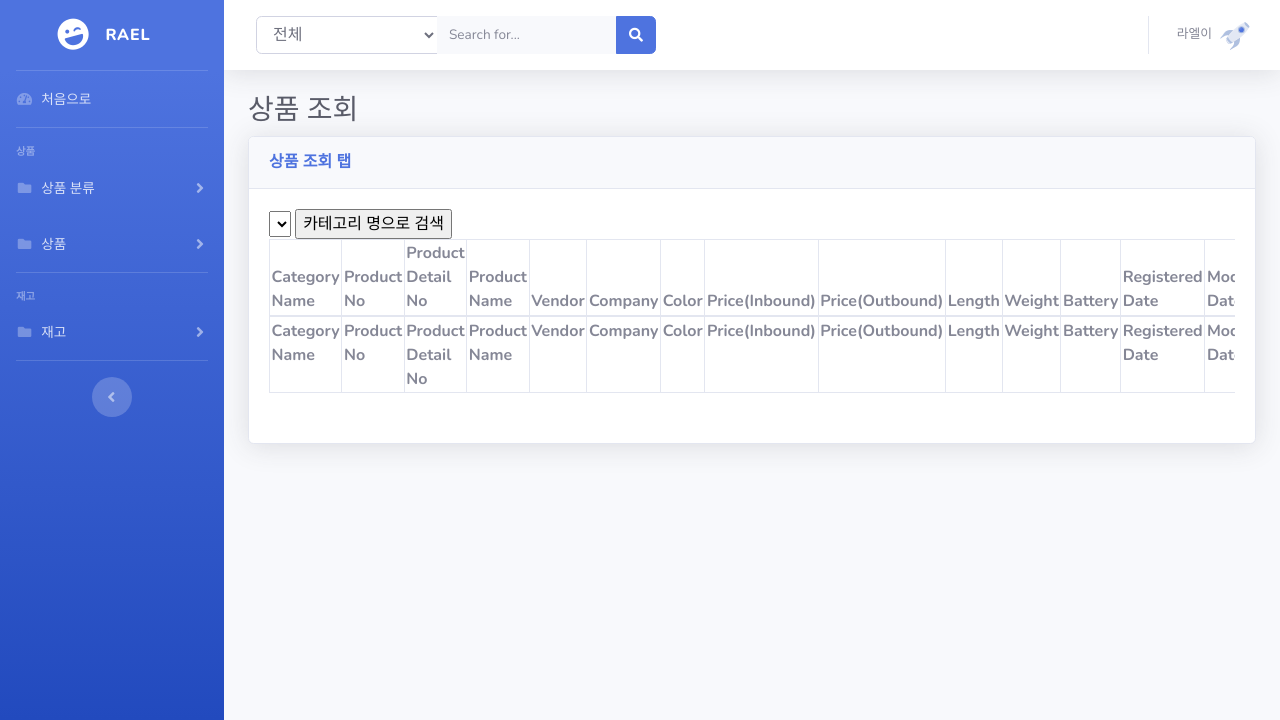
Repository: sww232/springRaelProject
Page: http://localhost/rael/WEB-INF/views/product/all_select.jsp
The author's editor kept a copy of each file at every save. The page is drawn from the files as they stood at one save, then again after the next save.
The browser window is 1280 px wide. The pictures show the whole page.
The page is served by Tomcat 9. Nobody is signed in. Other server files are loaded and not shown. The template is opened directly, without the code that normally fills it, so the values that code supplies are empty.

Above is the page before, as saved 2022-10-13 03:06:13.
Console error: TypeError: Cannot read properties of undefined (reading 'defaults')

### raelproject3/rael/src/main/webapp/WEB-INF/views/product/all_select.jsp
<%@ page language="java" contentType="text/html; charset=UTF-8" pageEncoding="UTF-8"%>
<%@ taglib uri="http://java.sun.com/jsp/jstl/core" prefix="c"%>
<%@ taglib prefix="sql" uri="http://java.sun.com/jsp/jstl/sql"%>
<%@ taglib prefix="fmt" uri="http://java.sun.com/jsp/jstl/fmt"%>
<!DOCTYPE html>
<html>
<head>
<meta http-equiv="X-UA-Compatible" content="IE=edge">
<meta name="viewport" content="width=device-width, initial-scale=1, shrink-to-fit=no">
<meta name="description" content="">
<meta name="author" content="">
<meta charset="UTF-8">
<title>상품 조회</title>

<link href="/vendor/fontawesome-free/css/all.min.css" rel="stylesheet" type="text/css">
<!--  link href="/css/modal.css" rel="stylesheet" type="text/css" -->
<link href="https://fonts.googleapis.com/css?family=Nunito:200,200i,300,300i,400,400i,600,600i,700,700i,800,800i,900,900i" rel="stylesheet">

<!-- Custom styles for this template -->
<link href="/css/sb-admin-2.min.css" rel="stylesheet">
<!-- Custom styles for this page -->
<link href="/vendor/datatables/dataTables.bootstrap4.min.css" rel="stylesheet">

<script src="/vendor/jquery/jquery.min.js"></script>
<script src="/vendor/bootstrap/js/bootstrap.bundle.min.js"></script>

<!-- Core plugin JavaScript-->
<script src="/vendor/jquery-easing/jquery.easing.min.js"></script>

<!-- Custom scripts for all pages-->
<script src="/js/sb-admin-2.min.js"></script>

<!-- Page level plugins -->
<script src="/vendor/datatables/dataTables.bootstrap4.min.js"></script>

<!-- Page level custom scripts -->
<script src="/js/demo/datatables-demo.js"></script>


</head>


<body id="page-top">
	<form>
		<div class="modal fade" id="moaModal1" tabindex="-1" role="dialog" aria-labelledby="exampleModalLabel" aria-hidden="true">

			<div class="modal-dialog" role="document">
				<div class="modal-content">
					<div class="modal-header">
						<h5 class="modal-title" id="exampleModalLabel">상품 등록을 위한 카테고리 선택</h5>
						<button class="close" type="button" data-dismiss="modal" aria-label="Close">
							<span aria-hidden="true">x</span>
						</button>
					</div>
					<div class="modal-body">
						<select name="categoryBox1" id="categoryBox1">
							<option value="defaultValue" selected></option>
							<c:forEach var="list" items="${categorynums}">
								<option value="${list}">${list}</option>
							</c:forEach>
						</select>
					</div>
					<div class="modal-footer">
						<button class="btn btn-primary" type="button" data-dismiss="modal">Cancel</button>
						<button class="btn btn-primary" type="submit" formaction="/product/product_insert">Choice</button>
					</div>
				</div>
			</div>
		</div>
		<div class="modal fade" id="moaModal2" tabindex="-1" role="dialog" aria-labelledby="exampleModalLabel" aria-hidden="true">

			<div class="modal-dialog" role="document">
				<div class="modal-content">
					<div class="modal-header">
						<h5 class="modal-title" id="exampleModalLabel">상품 추가 등록을 위한 카테고리 선택</h5>
						<button class="close" type="button" data-dismiss="modal" aria-label="Close">
							<span aria-hidden="true">x</span>
						</button>
					</div>
					<div class="modal-body">
						<select name="categoryBox2" id="categoryBox2">
							<option value="defaultValue" selected></option>
							<c:forEach var="list" items="${categorynums}">
								<option value="${list}">${list}</option>
							</c:forEach>
						</select>
					</div>
					<div class="modal-footer">
						<button class="btn btn-primary" type="button" data-dismiss="modal">Cancel</button>
						<button class="btn btn-primary" type="submit" formaction="/product/product_insert_detail">Choice</button>
					</div>
				</div>
			</div>
		</div>
		<div class="modal fade" id="moaModal3" tabindex="-1" role="dialog" aria-labelledby="exampleModalLabel" aria-hidden="true">

			<div class="modal-dialog" role="document">
				<div class="modal-content">
					<div class="modal-header">
						<h5 class="modal-title" id="exampleModalLabel">상품명/상세정보 수정을 위한 카테고리 선택</h5>
						<button class="close" type="button" data-dismiss="modal" aria-label="Close">
							<span aria-hidden="true">x</span>
						</button>
					</div>
					<div class="modal-body">
						<select name="categoryBox3" id="categoryBox3">
							<option value="defaultValue" selected></option>
							<c:forEach var="list" items="${categorynums}">
								<option value="${list}">${list}</option>
							</c:forEach>
						</select>
					</div>
					<div class="modal-footer">
						<button class="btn btn-primary" type="button" data-dismiss="modal">Cancel</button>
						<button class="btn btn-primary" type="submit" formaction="/product/product_update">Choice</button>
					</div>
				</div>
			</div>
		</div>
	</form>
	<div id="wrapper">
		<ul class="navbar-nav bg-gradient-primary sidebar sidebar-dark accordion" id="accordionSidebar">
			<!-- Sidebar - Brand -->
			<a class="sidebar-brand d-flex align-items-center justify-content-center" href="/">
				<div class="sidebar-brand-icon rotate-n-15">
					<i class="fas fa-laugh-wink"></i>
				</div>

				<div class="sidebar-brand-text mx-3">RAEL</div>
			</a>

			<!-- Divider -->
			<hr class="sidebar-divider my-0">

			<!-- Nav Item - Dashboard -->
			<li class="nav-item"><a class="nav-link" href="/"> <i class="fas fa-fw fa-tachometer-alt"></i> <span>처음으로</span></a></li>

			<!-- Divider -->
			<hr class="sidebar-divider">

			<!-- Heading -->
			<div class="sidebar-heading">상품</div>

			<!-- Nav Item - Pages Collapse Menu -->
			<li class="nav-item"><a class="nav-link collapsed" href="#" data-toggle="collapse" data-target="#collapseTwo" aria-expanded="true" aria-controls="collapseTwo"> <i class="fas fa-fw fa-folder"></i> <span>상품 분류</span>
			</a>
				<div id="collapseTwo" class="collapse" aria-labelledby="headingTwo" data-parent="#accordionSidebar">
					<div class="bg-white py-2 collapse-inner rounded">
						<h6 class="collapse-header">상풍 분류 탭</h6>
						<a class="collapse-item" href="/product/category_select?page=${page}&recordSize=${recordSize}&pageSize=${pageSize}">상품 분류 조회</a> <a class="collapse-item" href="/product/category_insert?insertresult=0">상품 분류 등록</a> <a class="collapse-item" href="/product/category_update">상품 분류 수정</a>
					</div>
				</div></li>

			<!-- Nav Item - Utilities Collapse Menu -->
			<li class="nav-item"><a class="nav-link collapsed" href="#" data-toggle="collapse" data-target="#collapseUtilities" aria-expanded="true" aria-controls="collapseUtilities"> <i class="fas fa-fw fa-folder"></i> <span>상품</span>
			</a>
				<div id="collapseUtilities" class="collapse" aria-labelledby="headingUtilities" data-parent="#accordionSidebar">
					<div class="bg-white py-2 collapse-inner rounded">
						<h6 class="collapse-header">상품 탭</h6>
						<a class="collapse-item" href="/product/all_select?page=${page}&recordSize=${recordSize}&pageSize=${pageSize}">상품 조회</a> <a class="collapse-item" href="#" data-toggle="modal" data-target="#moaModal1"> <i class="fas fa-arrow-right"></i>상품 등록
						</a> <a class="collapse-item" href="#" data-toggle="modal" data-target="#moaModal2"> <i class="fas fa-arrow-right"></i>상품 추가 등록
						</a> <a class="collapse-item" href="#" data-toggle="modal" data-target="#moaModal3"> <i class="fas fa-arrow-right"></i>상품명/상세정보 수정
						</a>
					</div>
				</div></li>

			<!-- Divider -->
			<hr class="sidebar-divider">

			<!-- Heading -->
			<div class="sidebar-heading">재고</div>

			<!-- Nav Item - Pages Collapse Menu -->
			<li class="nav-item"><a class="nav-link collapsed" href="#" data-toggle="collapse" data-target="#collapsePages" aria-expanded="true" aria-controls="collapsePages"> <i class="fas fa-fw fa-folder"></i> <span>재고</span>
			</a>
				<div id="collapsePages" class="collapse" aria-labelledby="headingPages" data-parent="#accordionSidebar">
					<div class="bg-white py-2 collapse-inner rounded">
						<h6 class="collapse-header">재고</h6>
						<a class="collapse-item" href="/stock/stock_select?page=${page}&recordSize=${recordSize}&pageSize=${pageSize}">재고 조회 및 입/출고</a>
						<div class="collapse-divider"></div>
						<h6 class="collapse-header">재고 입/출고</h6>
						<a class="collapse-item" href="/stock/stock_history?page=${page}&recordSize=${recordSize}&pageSize=${pageSize}">내역</a>
						<a class="collapse-item" href="/stock/stock_history_cancel?page=${page}&recordSize=${recordSize}&pageSize=${pageSize}">취소</a>
					</div>
				</div>
			</li>

			<!-- Divider -->
			<hr class="sidebar-divider d-none d-md-block">

			<!-- Sidebar Toggler (Sidebar) -->
			<div class="text-center d-none d-md-inline">
				<button class="rounded-circle border-0" id="sidebarToggle"></button>
			</div>

		</ul>

		<!-- End of Sidebar -->

		<!-- Content Wrapper -->
		<div id="content-wrapper" class="d-flex flex-column">

			<!-- Main Content -->
			<div id="content">

				<!-- Topbar -->
				<nav class="navbar navbar-expand navbar-light bg-white topbar mb-4 static-top shadow">

					<!-- Sidebar Toggle (Topbar) -->
					<form class="form-inline">
						<button id="sidebarToggleTop" class="btn btn-link d-md-none rounded-circle mr-3">
							<i class="fa fa-bars"></i>
						</button>
					</form>

					<!-- Topbar Search -->
					<form class="d-none d-sm-inline-block form-inline mr-auto ml-md-3 my-2 my-md-0 mw-100 navbar-search" id="searchForm" autocomplete="off" action="/product/all_select?page=${page}&recordSize=10&pageSize=10">

						<div class="input-group">
							<select id="searchType" name="searchType" class="form-control">
								<option value="" selected>전체</option>
								<option value="product_name">제품 이름</option>
								<option value="product_company">회사명</option>
							</select> <input type="text" class="form-control bg-light border-0 small" placeholder="Search for..." aria-label="Search" aria-describedby="basic-addon2" id="keyword" name="keyword">
							<div class="input-group-append">
								<button class="btn btn-primary" type="submit">
									<i class="fas fa-search fa-sm"></i>
								</button>
							</div>
						</div>
					</form>



					<!-- Topbar Navbar -->
					<ul class="navbar-nav ml-auto">

						<!-- Nav Item - Search Dropdown (Visible Only XS) -->
						<li class="nav-item dropdown no-arrow d-sm-none"><a class="nav-link dropdown-toggle" href="#" id="searchDropdown" role="button" data-toggle="dropdown" aria-haspopup="true" aria-expanded="false"> <i class="fas fa-search fa-fw"></i>
						</a> <!-- Dropdown - Messages -->
							<div class="dropdown-menu dropdown-menu-right p-3 shadow animated--grow-in" aria-labelledby="searchDropdown">
								<form class="form-inline mr-auto w-100 navbar-search">
									<div class="input-group">
										<input type="text" class="form-control bg-light border-0 small" placeholder="Search for..." aria-label="Search" aria-describedby="basic-addon2">
										<div class="input-group-append">
											<button class="btn btn-primary" type="button">
												<i class="fas fa-search fa-sm"></i>
											</button>
										</div>
									</div>
								</form>
							</div></li>

						<div class="topbar-divider d-none d-sm-block"></div>

						<!-- Nav Item - User Information -->
						<li class="nav-item dropdown no-arrow"><a class="nav-link dropdown-toggle" href="#" id="userDropdown" role="button" data-toggle="dropdown" aria-haspopup="true" aria-expanded="false"> <span class="mr-2 d-none d-lg-inline text-gray-600 small">라엘이</span> <img class="img-profile rounded-circle" src="/img/undraw_rocket.svg">
						</a> <!-- Dropdown - User Information -->
							<div class="dropdown-menu dropdown-menu-right shadow animated--grow-in" aria-labelledby="userDropdown">
								<div class="dropdown-divider"></div>
								<a class="dropdown-item" href="#" data-toggle="modal" data-target="#logoutModal"> <i class="fas fa-sign-out-alt fa-sm fa-fw mr-2 text-gray-400"></i> Logout
								</a>
							</div></li>
					</ul>
				</nav>
				<!-- End of Topbar -->
				<div class="container-fluid">

					<!-- Page Heading -->
					<h1 class="h3 mb-2 text-gray-800">상품 조회</h1>
					<div class="card shadow mb-4">
						<div class="card-header py-3">
							<h6 class="m-0 font-weight-bold text-primary">상품 조회 탭</h6>
						</div>
						<div class="card-body">
							<div class="table-responsive">
								<div id="dataTable_wrapper" class="dataTables_wrapper dt-bootstrap4">
									<div class="row">
										<form>
											<div class="dataTable_filter" id="dataTable_filter">
												<select name="categoryBox" id="categoryBox">
													<option value="defaultValue" selected></option>
													<c:forEach var="list" items="${categorynums}">
														<option value="${list}">${list}</option>
													</c:forEach>
												</select> <input type="submit" value="카테고리 명으로 검색">
											</div>
										</form>
									</div>
									<div class="row">
										<div class="col-sm-12">
											<table class="table table-bordered" id="dataTable" width="100%" cellspacing="0">
												<thead>
													<tr>
														<th>Category Name</th>
														<th>Product No</th>
														<th>Product Detail No</th>
														<th style="width:100%;">Product Name</th>
														<th>Vendor</th>
														<th>Company</th>
														<th>Color</th>
														<th>Price(Inbound)</th>
														<th>Price(Outbound)</th>
														<th>Length</th>
														<th>Weight</th>
														<th>Battery</th>
														<th>Registered Date</th>
														<th>Modified Date</th>
														<th>Description</th>
													</tr>
												</thead>
												<tfoot>
													<tr>
														<th>Category Name</th>
														<th>Product No</th>
														<th>Product Detail No</th>
														<th style="width:100%;">Product Name</th>
														<th>Vendor</th>
														<th>Company</th>
														<th>Color</th>
														<th>Price(Inbound)</th>
														<th>Price(Outbound)</th>
														<th>Length</th>
														<th>Weight</th>
														<th>Battery</th>
														<th>Registered Date</th>
														<th>Modified Date</th>
														<th>Description</th>
													</tr>
												</tfoot>
												<tbody>
													<c:forEach items="${datas.list}" var="data">
														<tr>
															<td style="width:30%">${data.PRODUCTCATEGORYNAME}</td>
															<td>${data.PRODUCTNUM}</td>
															<td>${data.PRODUCTBYNUM}</td>
															<td style="width:100%; display:inline-block;">${data.PRODUCTNAME}</td>
															<td>${data.PRODUCTVENDOR}</td>
															<td>${data.PRODUCTCOMPANY}</td>
															<td>${data.PRODUCTCOLOR}</td>
															<td>${data.PRODUCTPRICEINBOUND}</td>
															<td>${data.PRODUCTPRICEOUTBOUND}</td>
															<td>${data.PRODUCTLENGTH}</td>
															<td>${data.PRODUCTWEIGHT}</td>
															<td>${data.PRODUCTVOLT}</td>
															<td>${data.APPENDDATE}</td>
															<td>${data.UPDATEDATE}</td>
															<td style="font-size:1px">${data.PRODUCTDESCRIPTION}</td>
														<tr>
													</c:forEach>
												</tbody>
											</table>
										</div>
									</div>
									<div class="row">
										<div class="col-sm-12 col-md-5">
											<div class="dataTables_info" id="dataTable_info" role="status" aria-live="polite">
												<c:if test="${allcount == '0'}">

												</c:if>
												<c:if test="${allcount > 0 }">
													<c:if test="${shownumber >= allcount}">
														Showing ${datas.pagination.limitStart + 1} to ${allcount} of ${allcount}
													</c:if>
													<c:if test="${shownumber < allcount}">
														Showing ${datas.pagination.limitStart + 1} to ${datas.pagination.limitStart + 10} of ${allcount}
													</c:if>
												</c:if>
											</div>
										</div>
										<div class="col-sm-12 col-md-7">
											<div class="dataTables_paginate paging_simple_numbers" id="dataTable_paginate">
												<ul class="pagination">
													<c:if test="${datas.pagination.totalPageCount < 1}">
													</c:if>
													<c:if test="${datas.pagination.existPrevPage eq true}">
														<li class="paginate_button page-item previous"><a aria-controls="dataTable" data-dt-idx="${num}" class="page-link" href='<c:url value="/product/all_select?page=${datas.pagination.startPage-1}&recordSize=10&pageSize=10&categoryBox=${categoryBox}&keyword=${param.keyword}&searchType=${param.searchType}"/>'>PREVIOUS</a></li>
													</c:if>
													<c:if test="${datas.pagination.totalPageCount > 0}">
														<c:forEach begin="${datas.pagination.startPage}" end="${datas.pagination.endPage}" var="num">
															<c:if test="${param.page eq num}">
																<li class="paignate_button page-item active"><a aria-controls="dataTable" data-dt-idx="${num}" class="page-link" href='<c:url value="/product/all_select?page=${num}&recordSize=10&pageSize=10&categoryBox=${categoryBox}&keyword=${param.keyword}&searchType=${param.searchType}"/>'>${num}</a></li>
															</c:if>
															<c:if test="${param.page ne num}">
																<li class="paignate_button page-item"><a aria-controls="dataTable" data-dt-idx="${num}" class="page-link" href='<c:url value="/product/all_select?page=${num}&recordSize=10&pageSize=10&categoryBox=${categoryBox}&keyword=${param.keyword}&searchType=${param.searchType}"/>'>${num}</a></li>
															</c:if>

														</c:forEach>
													</c:if>
													<c:if test="${datas.pagination.existNextPage eq true}">
														<li class="paginate_button page-item next" id="dataTable_next"><a aria-controls="dataTable" data-dt-idx="${num}" class="page-link" href='<c:url value="/product/all_select?page=${datas.pagination.endPage+1}&recordSize=10&pageSize=10&categoryBox=${categoryBox}&keyword=${param.keyword}&searchType=${param.searchType}"/>'>NEXT</a></li>
													</c:if>
												</ul>
											</div>
										</div>
									</div>
								</div>
							</div>
						</div>
					</div>
				</div>
			</div>
		</div>
	</div>
</body>
</html>

### raelproject3/rael/src/main/resources/static/img/undraw_rocket.svg
<?xml version="1.0" encoding="utf-8"?>
<!-- Generator: Adobe Illustrator 25.0.0, SVG Export Plug-In . SVG Version: 6.00 Build 0)  -->
<svg version="1.1" id="b759170a-51c3-4e2f-999d-77dec9fd6d11"
	 xmlns="http://www.w3.org/2000/svg" xmlns:xlink="http://www.w3.org/1999/xlink" x="0px" y="0px" viewBox="0 0 650.9 610.5"
	 style="enable-background:new 0 0 650.9 610.5;" xml:space="preserve">
<style type="text/css">
	.st0{fill:#AFC0E0;}
	.st1{opacity:0.2;fill:#FFFFFF;enable-background:new    ;}
	.st2{opacity:0.1;enable-background:new    ;}
	.st3{fill:#E3E8F4;}
	.st4{fill:#4E73DF;}
</style>
<path class="st0" d="M174,321c-2-1.6-4.2-3-6.6-4.2c-51.8-26.2-157,67.8-157,67.8L0,372.7c0,0,42.1-43.8,92.4-117.3
	c45.2-66.1,150.7-51.8,171.4-48.3c2.3,0.4,3.6,0.7,3.6,0.7C298.7,288.3,174,321,174,321z"/>
<path class="st1" d="M269.4,213.9c-0.6-2-1.3-4-2-6c0,0-1.2-0.2-3.6-0.7c-20.7-3.5-126.2-17.8-171.4,48.3C42.1,329,0,372.7,0,372.7
	l5.9,6.7c0,0,42.1-43.8,92.4-117.3C143.3,196.3,248,210.2,269.4,213.9z"/>
<path class="st0" d="M337.7,533.4c-79.2,40.8-127.8,77.1-127.8,77.1l-10.5-11.9c0,0,111.1-96.8,85.3-150.9c-0.5-1.2-1.2-2.3-1.9-3.4
	c0,0,47.9-119.6,123.9-78.5c0,0,0.1,1,0.2,2.9C407.8,387.8,409.7,496.3,337.7,533.4z"/>
<path class="st2" d="M174,321c-2-1.6-4.2-3-6.6-4.2c29.3-38.9,61.5-75.5,96.3-109.7c2.3,0.4,3.6,0.7,3.6,0.7
	C298.7,288.3,174,321,174,321z"/>
<path class="st2" d="M406.9,368.6c-38.6,29.6-79.4,56.1-122.3,79.1c-0.5-1.2-1.2-2.3-1.9-3.4c0,0,47.9-119.6,123.9-78.5
	C406.7,365.7,406.8,366.7,406.9,368.6z"/>
<path class="st3" d="M263.6,455.5c-20.3,10.4-41.6,20.5-64,30.2c-33.6,14.6-51.5-2.2-80.7-91.5c0,0,12.5-22.5,37.2-57
	c54.3-75.8,167.5-209.1,336.1-286.7C542.7,27.1,596.1,10.1,650.9,0c0,0-9.1,68.8-62,160.1S439.1,365.3,263.6,455.5z"/>
<circle class="st0" cx="435.6" cy="199.7" r="71.6"/>
<path class="st4" d="M469.2,237.9c-21,18.6-53.1,16.6-71.7-4.5c-7.8-8.8-12.2-20-12.7-31.8c-0.2-4.7,0.3-9.4,1.4-14
	c0.5-2,1.1-4.1,1.9-6c2.9-7.7,7.7-14.5,13.8-19.9c0.3-0.3,0.6-0.5,0.9-0.8c17.1-14.4,41.5-15.9,60.3-3.8c3.5,2.3,6.7,4.9,9.5,7.9
	l1,1.1C492.2,187.2,490.2,219.3,469.2,237.9C469.2,237.8,469.2,237.9,469.2,237.9z"/>
<path class="st0" d="M588.9,160.1c-83-35.2-96.8-109.6-96.8-109.6C542.7,27,596.1,10.1,650.9,0C650.9,0,641.8,68.8,588.9,160.1z"/>
<path class="st0" d="M263.6,455.5c-13.7,7.1-27.9,13.9-42.6,20.7c-7,3.2-14.1,6.4-21.4,9.5c-10.9,4.7-51.5-2.2-80.7-91.5
	c0,0,4.1-7.3,12.1-20c6.1-9.6,14.5-22.2,25.1-37c0,0,11,33.2,41.1,67.3C215.8,425.7,238.4,443,263.6,455.5z"/>
<path class="st3" d="M221,476.2c-7,3.2-14.1,6.4-21.4,9.5c-10.9,4.7-51.5-2.2-80.7-91.5c0,0,4.1-7.3,12.1-20
	C131,374.2,170.2,456.9,221,476.2z"/>
<path class="st1" d="M463.2,157l-0.1,0l-60.1,3.9c-0.3,0.3-0.6,0.5-0.9,0.8c-6.2,5.4-10.9,12.3-13.8,19.9l84.5-16.6L463.2,157z"/>
<path class="st1" d="M438.8,194.3l-53.9,7.3c-0.2-4.7,0.3-9.4,1.4-14l52.8,1.4L438.8,194.3z"/>
<path class="st1" d="M131.7,408.7c0,0,12.5-22.5,37.2-57C223.2,276,336.4,142.7,504.9,65c45.6-21.1,93.3-36.9,142.5-47.3
	C650.1,6.4,650.9,0,650.9,0c-54.8,10.1-108.2,27-158.7,50.5c-168.6,77.7-281.8,211-336.1,286.7c-24.7,34.4-37.2,57-37.2,57
	c11.5,35.3,26.6,57,40.5,70.3C149.4,451.4,139.7,433.3,131.7,408.7z"/>
</svg>

Loaded but not shown: raelproject3/rael/src/main/resources/static/css/sb-admin-2.min.css (library); raelproject3/rael/src/main/resources/static/js/sb-admin-2.min.js (common file); raelproject3/rael/src/main/resources/static/js/demo/datatables-demo.js (common file)

After the next save:
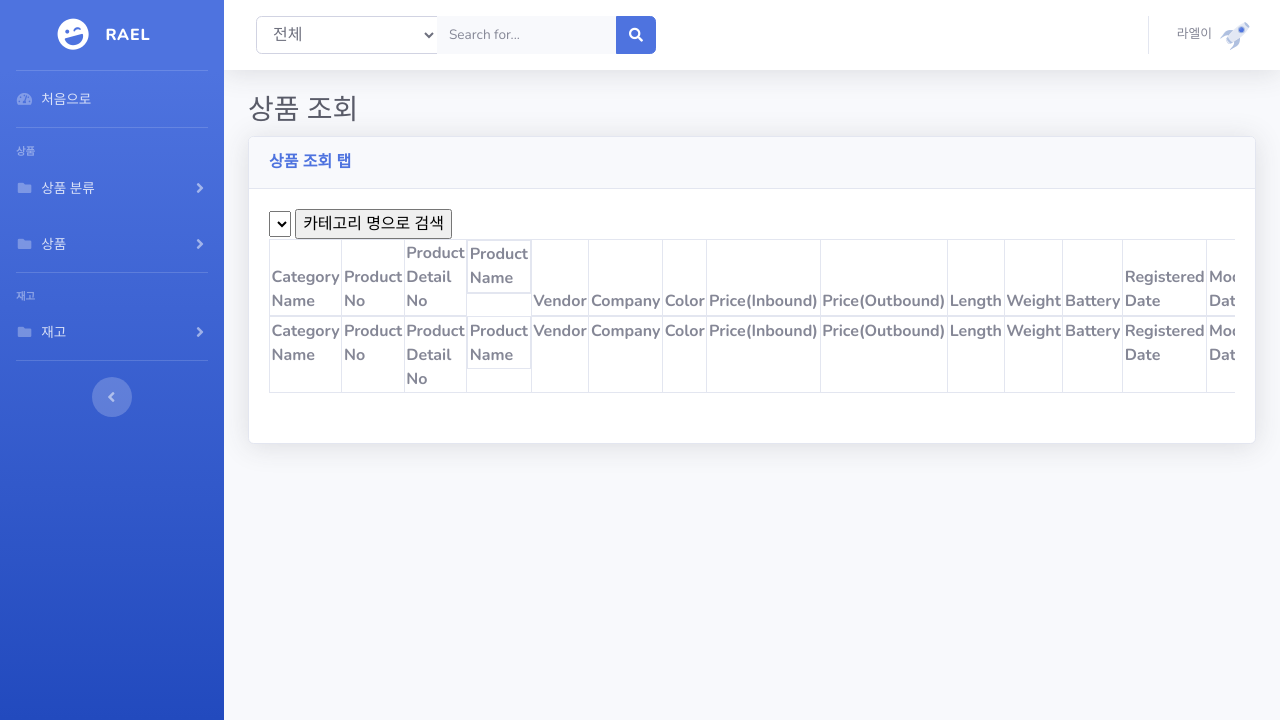
Saved 28 s later.
--- a/raelproject3/rael/src/main/webapp/WEB-INF/views/product/all_select.jsp
+++ b/raelproject3/rael/src/main/webapp/WEB-INF/views/product/all_select.jsp
@@ -295,7 +295,7 @@
 														<th>Category Name</th>
 														<th>Product No</th>
 														<th>Product Detail No</th>
-														<th style="width:100%;">Product Name</th>
+														<th style="width:100%; display:inline-block;">Product Name</th>
 														<th>Vendor</th>
 														<th>Company</th>
 														<th>Color</th>
@@ -314,7 +314,7 @@
 														<th>Category Name</th>
 														<th>Product No</th>
 														<th>Product Detail No</th>
-														<th style="width:100%;">Product Name</th>
+														<th style="width:100%; display:inline-block;">Product Name</th>
 														<th>Vendor</th>
 														<th>Company</th>
 														<th>Color</th>
